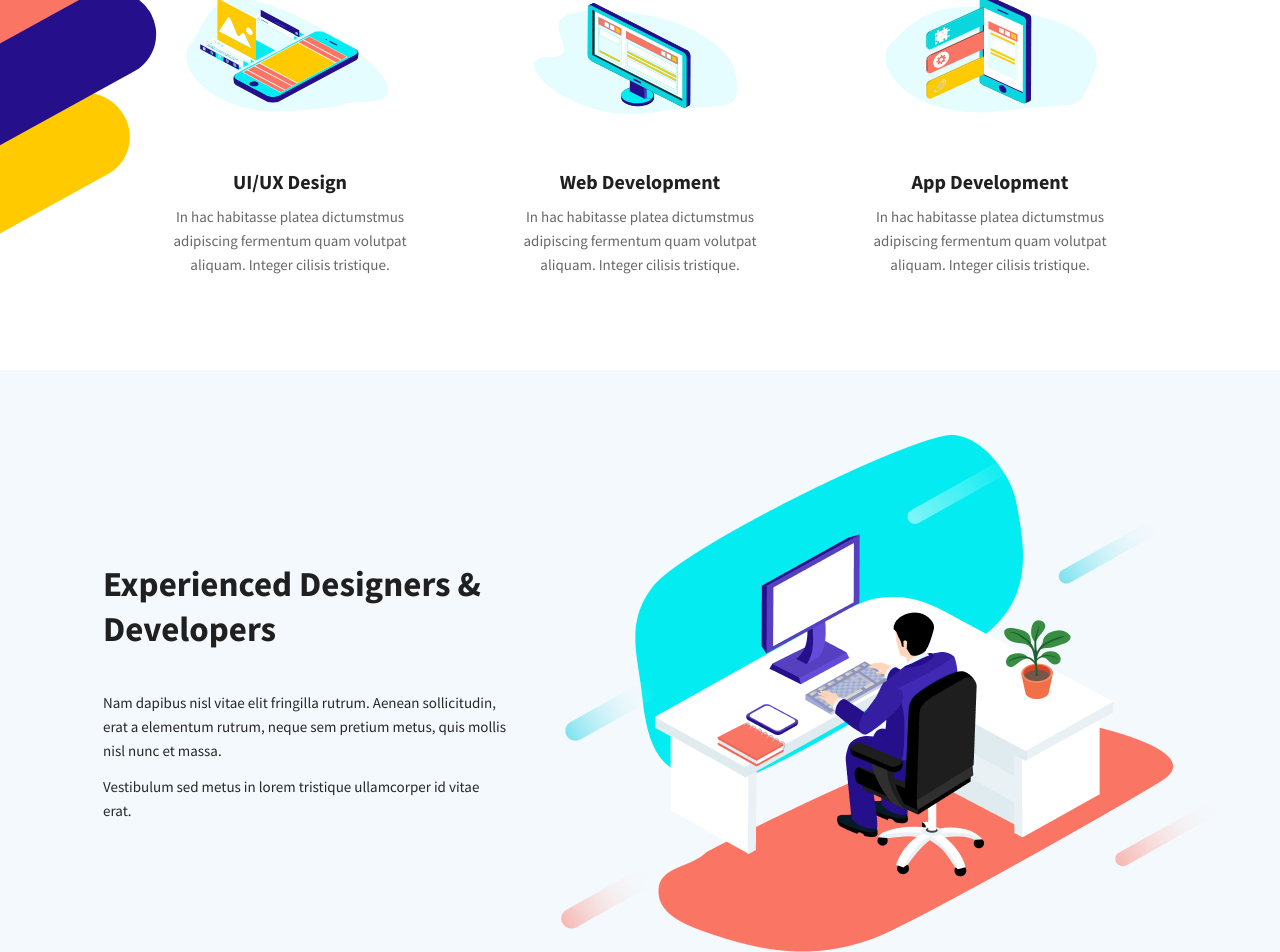
Repository: advert31337/marafon_from0to1_MartaUP
Page: index.html
These files come from the project's save history. The page is drawn as it stood at one moment and after the next save; the edit follows.
The browser window is 1280 px wide. The pictures show the part of the page from y = 1001 to 1953 px (the page is 1953 px tall).

Above is the page before, as saved 2020-03-08 10:16:40.

After the next save:
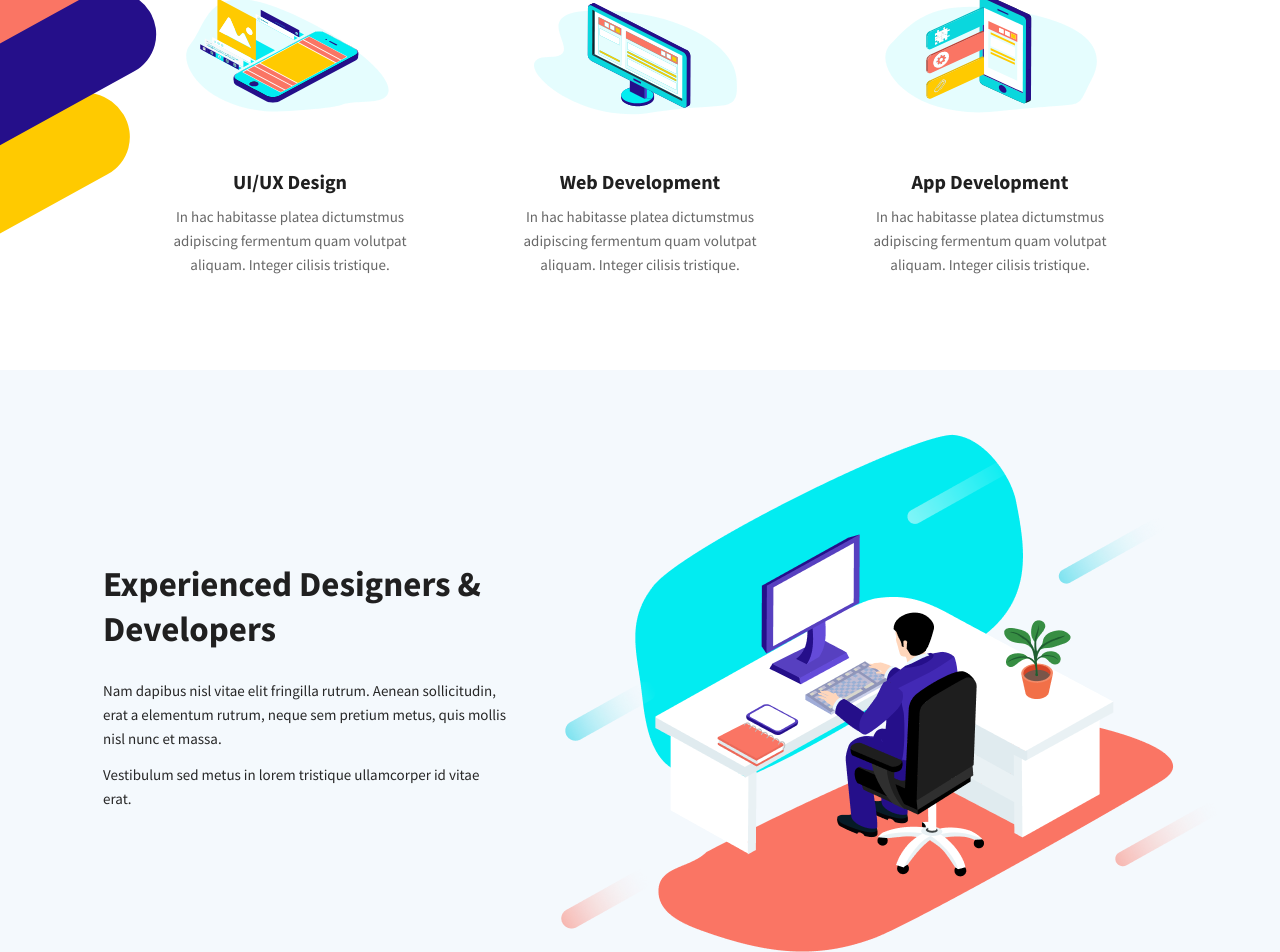
Saved 20 s later.
--- a/css/style.css
+++ b/css/style.css
@@ -199,7 +199,7 @@ a {
     font-size: 35px;
     line-height: 45px;
     font-weight: 700;
-    padding: 68px 0 27px 48px;
+    padding: 68px 0 15px 48px;
 
 }
 .advantages-box__text {
